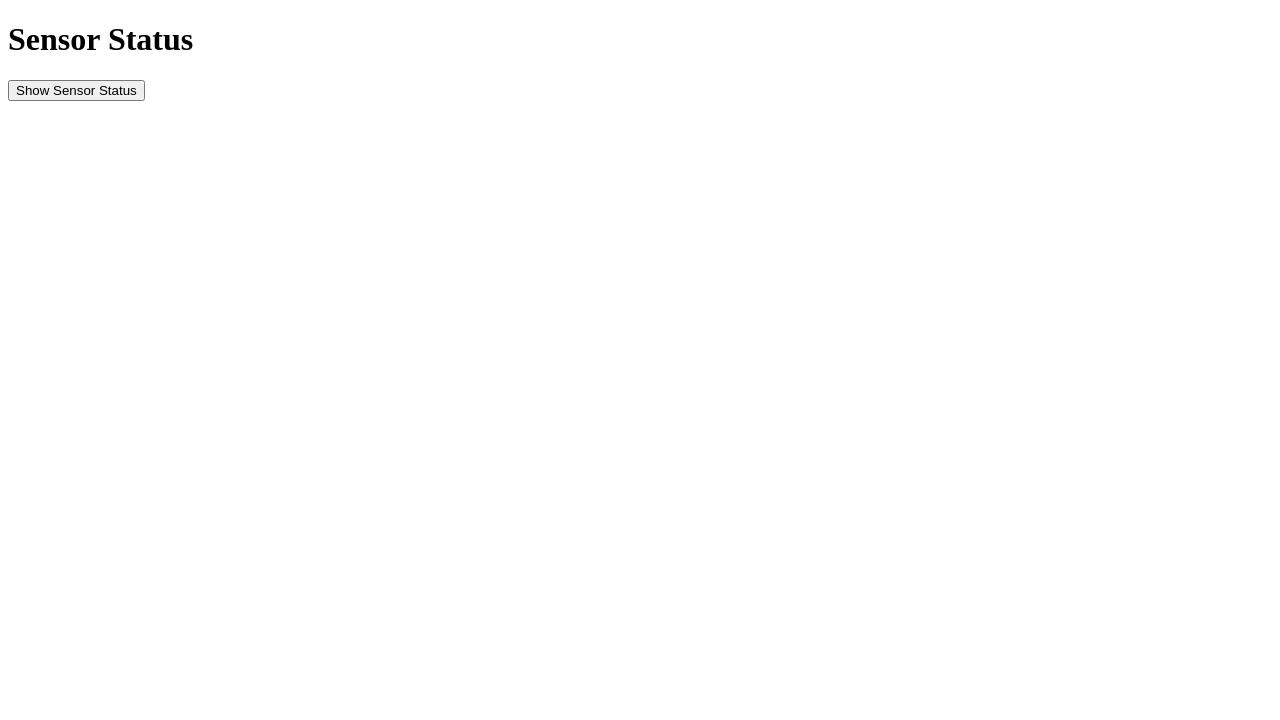
Repository: SharatNH/281mainproject
Page: http://localhost/sensorcloud/plot.jsp
An editor plug-in stored every save of this project. The page is shown before and after the next save, followed by the edit.
The browser window is 1280 px wide. The pictures show the whole page.
Some web libraries are served in a nearby version. The page is served by Tomcat 9.

Above is the page before, as saved 2016-05-19 16:29:55.

After the next save:
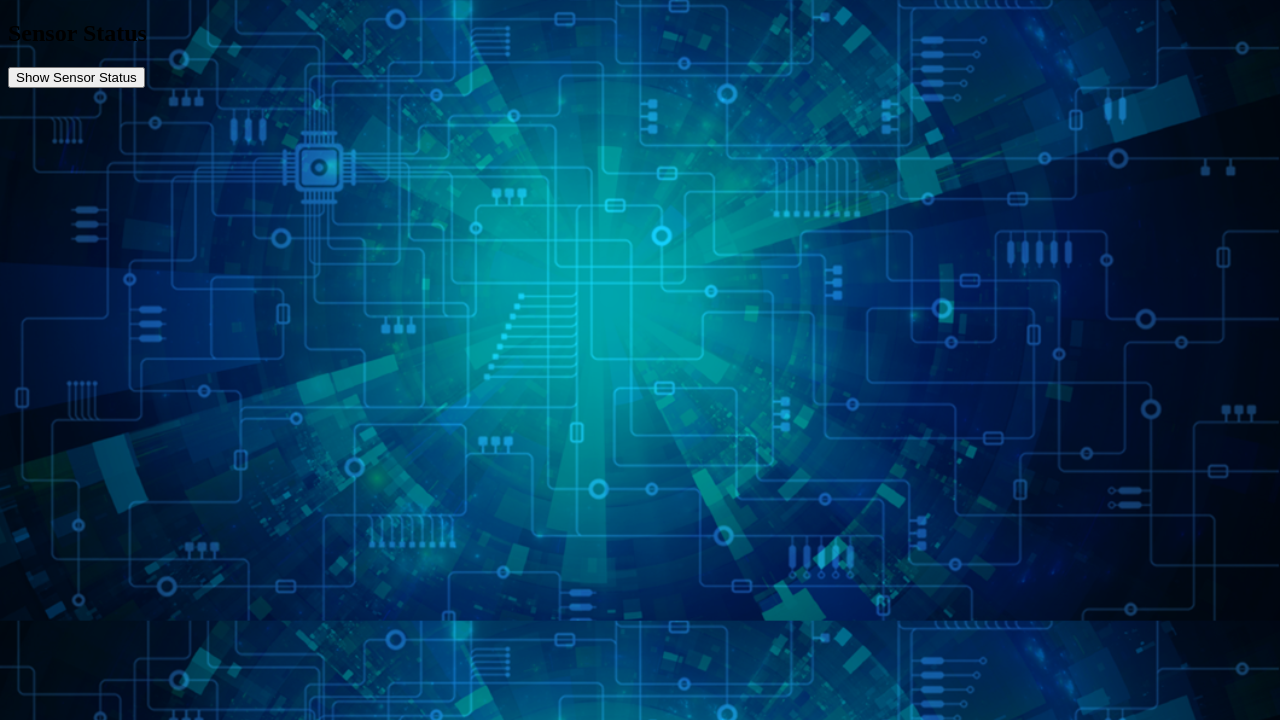
Saved 66 s later.
--- a/sensorcloud/WebContent/plot.jsp
+++ b/sensorcloud/WebContent/plot.jsp
@@ -124,7 +124,12 @@
      setTimeout(refresh, 10000);
 </script>
 </head>
-<body class="container">
+
+<body class ="container" style="background-image:url('images/background.png');background-size: cover;">
+<section>
+    <div id="container_demo" >
+        <div id="wrapper">
+            <div id="login" class="animate form">
 <h1>Sensor Status</h1>
 <input type="button" value="Show Sensor Status" id="showTable"/>
 <div id="tablediv">
